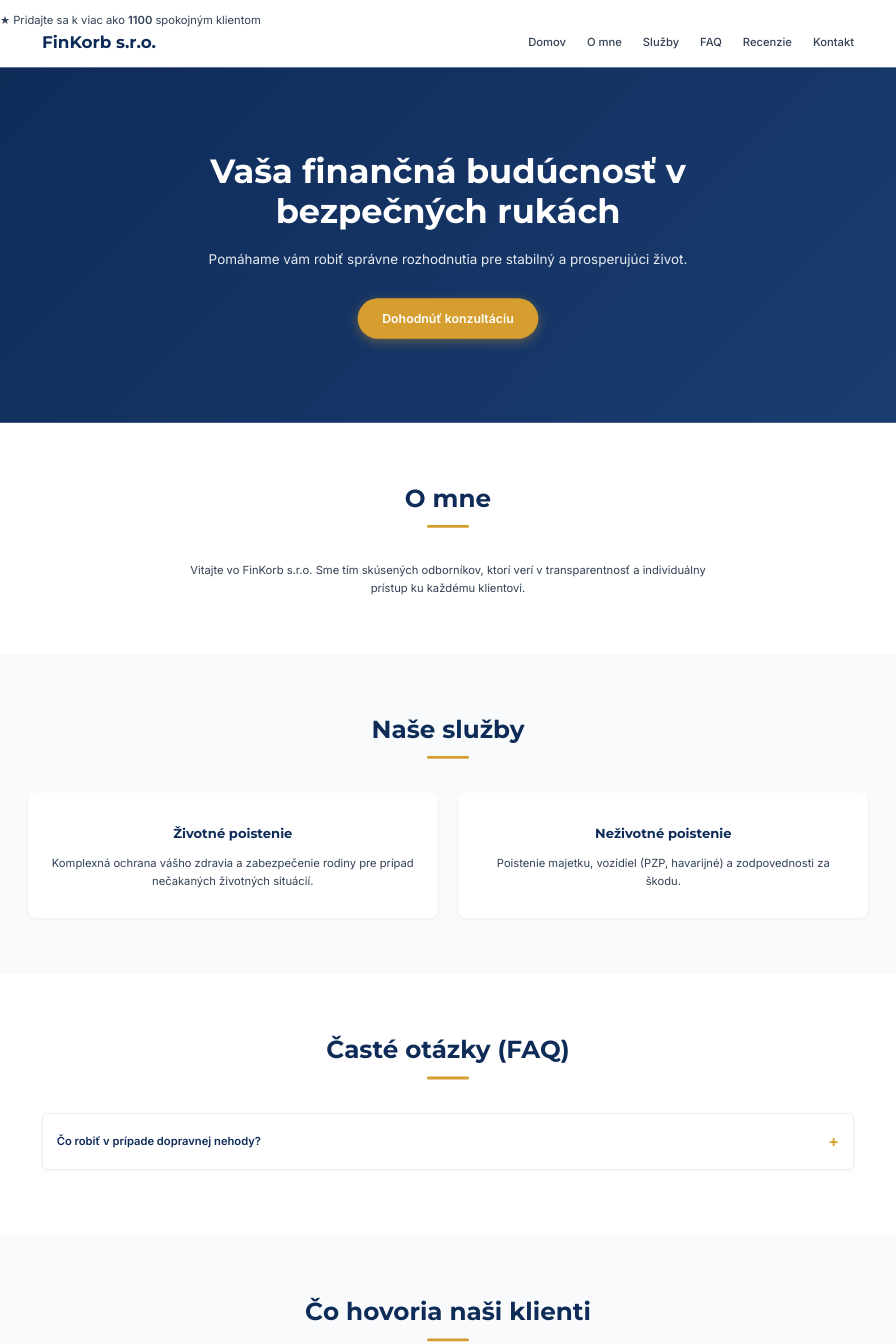
Repository: IvanK03/personal_web
Page: web/index.html
An editor plug-in stored every save of this project. The page is shown before and after the next save, followed by the edit.
The browser window is 1280 px wide. The pictures show the part of the page from y = 0 to 1920 px (the page is 2565 px tall before and 2582 px after), at 70% of full size.

Above is the page before, as saved 2026-02-22 12:01:34.

### web/index.html
<!DOCTYPE html>
<html lang="sk">
<head>
    <meta charset="UTF-8">
    <meta name="viewport" content="width=device-width, initial-scale=1.0">
    <meta name="description" content="FinKorb s.r.o. - Komplexné finančné poradenstvo, poistenie, hypotéky a investovanie.">
    <title>FinKorb s.r.o. - Finančný poradca</title>
    <link rel="stylesheet" href="style.css">
</head>
<body>

    <!-- Hlavička s navigáciou -->
    <header>
        <div class="top-bar">
            ★ Pridajte sa k viac ako <strong class="pulse-number">1100</strong> spokojným klientom
        </div>
        <div class="container">
            <a href="#" class="logo">FinKorb s.r.o.</a>
            <nav>
                <ul>
                    <li><a href="#hero">Domov</a></li>
                    <li><a href="#o-mne">O mne</a></li>
                    <li><a href="#sluzby">Služby</a></li>
                    <li><a href="#faq">FAQ</a></li>
                    <li><a href="#recenzie">Recenzie</a></li>
                    <li><a href="#kontakt">Kontakt</a></li>
                </ul>
            </nav>
        </div>
    </header>

    <main>
        <!-- Hero sekcia -->
        <section id="hero">
            <div class="hero-content">
                <h1>Vaša finančná budúcnosť v bezpečných rukách</h1>
                <p>Pomáhame vám robiť správne rozhodnutia pre stabilný a prosperujúci život.</p>
                <a href="#kontakt" class="btn-primary">Dohodnúť konzultáciu</a>
            </div>
        </section>

        <!-- Sekcia O mne -->
        <section id="o-mne">
            <h2>O mne</h2>
            <p>Vitajte vo FinKorb s.r.o. Sme tím skúsených odborníkov, ktorí verí v transparentnosť a individuálny prístup ku každému klientovi.</p>
        </section>

        <!-- Sekcia Služby -->
        <section id="sluzby">
            <h2>Naše služby</h2>
            <div class="services-grid">
                <article class="service-item">
                    <h3>Životné poistenie</h3>
                    <p>Komplexná ochrana vášho zdravia a zabezpečenie rodiny pre prípad nečakaných životných situácií.</p>
                </article>
                <article class="service-item">
                    <h3>Neživotné poistenie</h3>
                    <p>Poistenie majetku, vozidiel (PZP, havarijné) a zodpovednosti za škodu.</p>
                </article>
            </div>
        </section>

        <!-- Sekcia Časté otázky (FAQ) -->
        <section id="faq">
            <h2>Časté otázky (FAQ)</h2>
            <details>
                <summary>Čo robiť v prípade dopravnej nehody?</summary>
                <p>Zachovajte pokoj, zabezpečte miesto nehody a skontrolujte zranenia. Ak je to nutné, volajte záchranné zložky (112). Pri väčšej škode alebo zranení je potrebné privolať políciu. Následne vyplňte správu o nehode a ihneď nás kontaktujte na čísle +421 911 620 323 alebo +421 911 032 103 – pomôžeme vám s nahlásením poistnej udalosti.</p>
            </details>
        </section>

        <!-- Sekcia Recenzie -->
        <section id="recenzie">
            <h2>Čo hovoria naši klienti</h2>
            <div class="reviews-grid">
                <article class="review-item">
                    <div class="stars">★★★★★</div>
                    <p>"Pán Korbini mi veľmi pomohol s nastavením životného poistenia. Profesionálny prístup a všetko mi jasne vysvetlil. Odporúčam!"</p>
                    <h4>– Peter N.</h4>
                </article>
                <article class="review-item">
                    <div class="stars">★★★★★</div>
                    <p>"Rýchle vybavenie poistnej udalosti a skvelá komunikácia. Konečne mám pocit, že sú moje financie v dobrých rukách."</p>
                    <h4>– Jana M.</h4>
                </article>
            </div>
        </section>
    </main>

    <!-- Päta s kontaktom -->
    <footer id="kontakt">
        <div class="footer-content">
            <h3>Kontaktujte nás</h3>
            <p>Email: ivan.korbini@gmail.com</p>
            <p>Telefón: +421 911 620 323 | +421 911 032 103</p>
            <p>Adresa: Sološnícka 566/13, Bratislava</p>
        </div>
        <p class="copyright">&copy; 2024 FinKorb s.r.o. Všetky práva vyhradené.</p>
    </footer>

    <script src="script.js"></script>
</body>
</html>

### web/style.css
/* Import Google Fonts */
@import url('https://fonts.googleapis.com/css2?family=Inter:wght@400;500;600&family=Montserrat:wght@600;700&display=swap');

/* Základné premenné pre konzistentný dizajn */
:root {
    --primary-color: #0f2c59; /* Tmavomodrá - Dôvera */
    --secondary-color: #1a3c70; /* Svetlejšia modrá pre gradienty */
    --accent-color: #d69e2e; /* Zlatá/Oranžová - Call to Action */
    --accent-hover: #b7791f;
    --text-dark: #334155;
    --text-light: #64748b;
    --bg-light: #f8fafc;
    --white: #ffffff;
    --shadow-sm: 0 2px 4px rgba(0, 0, 0, 0.05);
    --shadow-md: 0 4px 6px rgba(0, 0, 0, 0.1);
    --shadow-lg: 0 10px 15px rgba(0, 0, 0, 0.1);
    --transition: all 0.3s ease;
}

/* Reset a základné nastavenia */
* {
    margin: 0;
    padding: 0;
    box-sizing: border-box;
}

html {
    scroll-behavior: smooth;
}

body {
    font-family: 'Inter', sans-serif;
    line-height: 1.6;
    color: var(--text-dark);
    background-color: var(--white);
}

h1, h2, h3 {
    font-family: 'Montserrat', sans-serif;
    color: var(--primary-color);
    margin-bottom: 1rem;
}

h2 {
    font-size: 2.2rem;
    text-align: center;
    margin-bottom: 3rem;
    position: relative;
}

/* Dekoratívna čiara pod nadpismi sekcií */
h2::after {
    content: '';
    display: block;
    width: 60px;
    height: 4px;
    background-color: var(--accent-color);
    margin: 10px auto 0;
    border-radius: 2px;
}

a {
    text-decoration: none;
    color: inherit;
}

ul {
    list-style: none;
}

/* Layout utility */
.container {
    max-width: 1200px;
    margin: 0 auto;
    padding: 0 20px;
}

section {
    padding: 80px 20px;
    max-width: 1200px;
    margin: 0 auto;
}

/* Hlavička a Navigácia */
header {
    background-color: var(--white);
    box-shadow: var(--shadow-sm);
    position: sticky;
    top: 0;
    z-index: 1000;
    padding: 1rem 0;
}

/* Štýl pre prilepenú hlavičku pri scrollovaní */
header.scrolled {
    background-color: rgba(255, 255, 255, 0.95); /* Jemne priehľadná biela */
    backdrop-filter: blur(5px); /* Rozostrenie pozadia */
    box-shadow: var(--shadow-md);
    padding: 0.5rem 0; /* Zmenšenie výšky pre kompaktnejší vzhľad */
    transition: all 0.3s ease;
}

header .container {
    display: flex;
    justify-content: space-between;
    align-items: center;
}

.logo {
    font-family: 'Montserrat', sans-serif;
    font-size: 1.5rem;
    font-weight: 700;
    color: var(--primary-color);
}

nav ul {
    display: flex;
    gap: 30px;
}

nav a {
    font-weight: 500;
    color: var(--text-dark);
    transition: var(--transition);
}

nav a:hover {
    color: var(--accent-color);
}

/* Hero Sekcia */
#hero {
    background: linear-gradient(135deg, var(--primary-color), var(--secondary-color));
    color: var(--white);
    text-align: center;
    padding: 120px 20px;
    max-width: 100%; /* Hero roztiahneme na celú šírku */
}

.hero-content {
    max-width: 800px;
    margin: 0 auto;
}

/* Trust Badge v Hero sekcii */
.trust-badge {
    display: inline-block;
    background-color: rgba(255, 255, 255, 0.15);
    padding: 8px 16px;
    border-radius: 20px;
    font-weight: 500;
    margin-bottom: 20px !important; /* Prepíše default margin */
    font-size: 0.95rem !important;
}

#hero h1 {
    color: var(--white);
    font-size: 3rem;
    margin-bottom: 1.5rem;
    line-height: 1.2;
}

#hero p {
    font-size: 1.2rem;
    margin-bottom: 2.5rem;
    opacity: 0.9;
}

/* Tlačidlá */
.btn-primary {
    display: inline-block;
    background-color: var(--accent-color);
    color: var(--white);
    padding: 15px 35px;
    border-radius: 50px;
    font-weight: 600;
    font-size: 1.1rem;
    transition: var(--transition);
    box-shadow: 0 4px 15px rgba(214, 158, 46, 0.4);
}

.btn-primary:hover {
    background-color: var(--accent-hover);
    transform: translateY(-3px);
    box-shadow: 0 6px 20px rgba(214, 158, 46, 0.6);
}

/* Sekcia O mne */
#o-mne {
    text-align: center;
    max-width: 800px;
}

/* Sekcia Služby - Grid */
#sluzby {
    background-color: var(--bg-light);
    max-width: 100%; /* Pozadie na celú šírku */
}

.services-grid {
    display: grid;
    grid-template-columns: repeat(auto-fit, minmax(300px, 1fr));
    gap: 30px;
    max-width: 1200px;
    margin: 0 auto;
}

.service-item {
    background: var(--white);
    padding: 40px 30px;
    border-radius: 12px;
    box-shadow: var(--shadow-sm);
    transition: var(--transition);
    text-align: center;
    border-top: 4px solid transparent;
}

.service-item:hover {
    transform: translateY(-10px);
    box-shadow: var(--shadow-lg);
    border-top: 4px solid var(--accent-color);
}

.service-item h3 {
    margin-bottom: 15px;
}

/* FAQ Sekcia */
details {
    background-color: var(--white);
    margin-bottom: 15px;
    border-radius: 8px;
    box-shadow: var(--shadow-sm);
    overflow: hidden;
    border: 1px solid #e2e8f0;
}

summary {
    padding: 20px;
    cursor: pointer;
    font-weight: 600;
    color: var(--primary-color);
    list-style: none; /* Skryje defaultnú šípku */
    position: relative;
    display: flex;
    justify-content: space-between;
    align-items: center;
}

summary::-webkit-details-marker {
    display: none;
}

summary::after {
    content: '+';
    font-size: 1.5rem;
    color: var(--accent-color);
    font-weight: bold;
}

details[open] summary::after {
    content: '-';
}

details p {
    padding: 0 20px 20px 20px;
    color: var(--text-light);
    border-top: 1px solid #f1f5f9;
    margin-top: 0;
    padding-top: 15px;
    /* Animácia pre plynulé zobrazenie textu */
    animation: fadeIn 0.4s ease-out;
}

@keyframes fadeIn {
    from {
        opacity: 0;
        transform: translateY(-10px);
    }
    to {
        opacity: 1;
        transform: translateY(0);
    }
}

/* Recenzie Sekcia */
#recenzie {
    background-color: var(--bg-light);
    max-width: 100%;
}

.reviews-grid {
    display: grid;
    grid-template-columns: repeat(auto-fit, minmax(300px, 1fr));
    gap: 30px;
    max-width: 1200px;
    margin: 0 auto;
}

.review-item {
    background: var(--white);
    padding: 30px;
    border-radius: 12px;
    box-shadow: var(--shadow-sm);
    text-align: center;
}

.stars {
    color: var(--accent-color);
    font-size: 1.5rem;
    margin-bottom: 15px;
}

.review-item h4 {
    margin-top: 20px;
    color: var(--primary-color);
}

/* Päta */
footer {
    background-color: var(--primary-color);
    color: var(--white);
    text-align: center;
    padding: 60px 20px 20px;
}

.footer-content h3 {
    color: var(--accent-color);
    margin-bottom: 20px;
}

.footer-content p {
    margin-bottom: 10px;
    opacity: 0.8;
}

.copyright {
    margin-top: 40px;
    padding-top: 20px;
    border-top: 1px solid rgba(255, 255, 255, 0.1);
    font-size: 0.9rem;
    opacity: 0.6;
}

/* Responzivita pre mobily */
@media (max-width: 768px) {
    header .container {
        flex-direction: column;
        gap: 15px;
    }

    nav ul {
        flex-wrap: wrap;
        justify-content: center;
        gap: 15px;
    }

    #hero h1 {
        font-size: 2.2rem;
    }

    section {
        padding: 60px 20px;
    }
}

### web/script.js
document.addEventListener('DOMContentLoaded', () => {

    // --- 1. Sticky Header (Prilepenie hlavičky) ---
    const header = document.querySelector('header');

    window.addEventListener('scroll', () => {
        // Ak sme odscrollovali viac ako 50px, pridáme triedu 'scrolled'
        if (window.scrollY > 50) {
            header.classList.add('scrolled');
        } else {
            header.classList.remove('scrolled');
        }
    });

    // --- 2. Interaktívne FAQ (Akordeón) ---
    const detailsElements = document.querySelectorAll('details');

    detailsElements.forEach(detail => {
        detail.addEventListener('click', (e) => {
            // Zistíme, či sa kliklo na <summary> (hlavičku otázky)
            if (e.target.tagName.toLowerCase() === 'summary') {
                // Ak sa práve otvára (ešte nie je 'open'), zatvoríme ostatné
                if (!detail.hasAttribute('open')) {
                    detailsElements.forEach(otherDetail => {
                        if (otherDetail !== detail) {
                            otherDetail.removeAttribute('open');
                        }
                    });
                }
            }
        });
    });
});

After the next save:
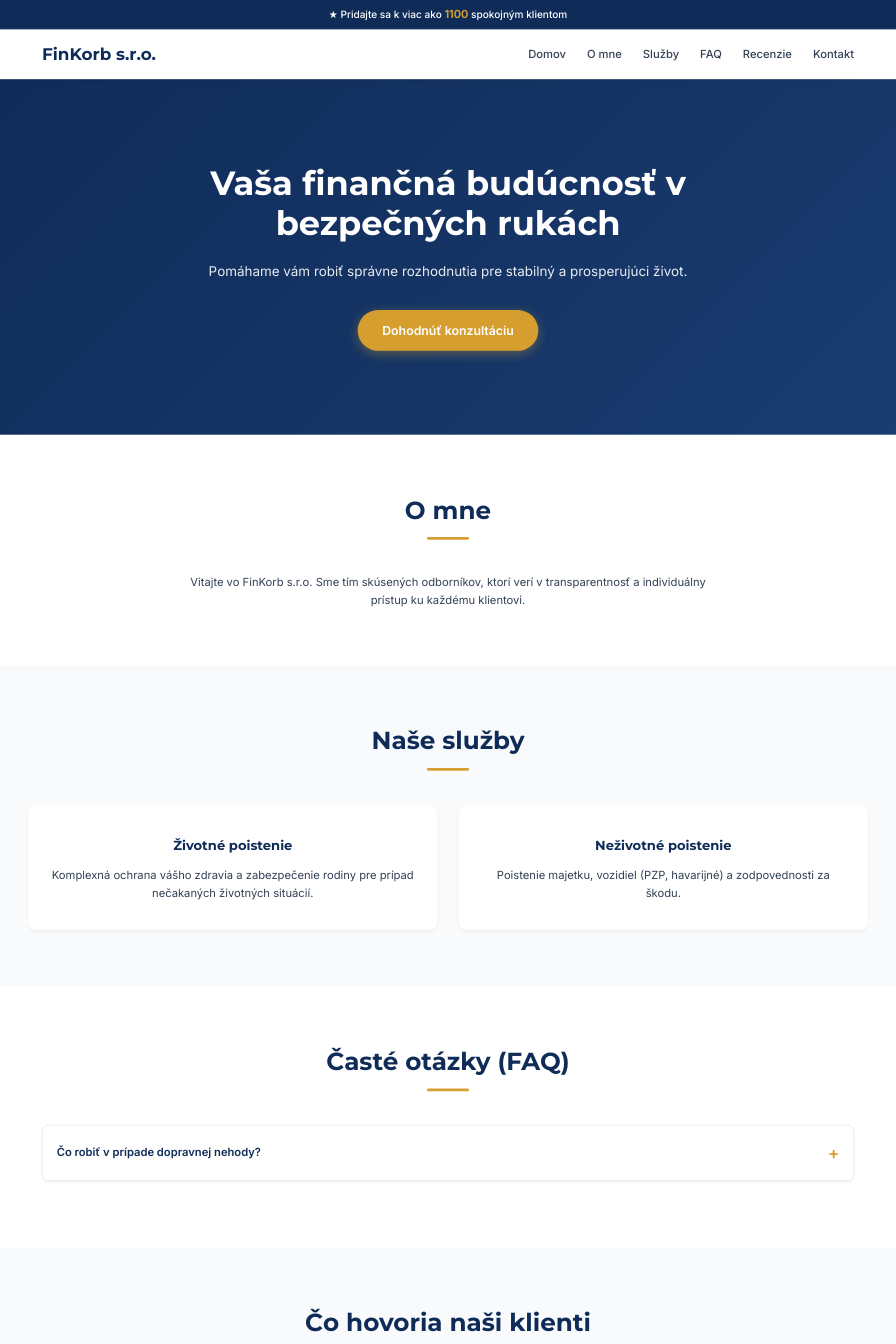
Saved 1 s later.
--- a/web/style.css
+++ b/web/style.css
@@ -88,7 +88,31 @@
     position: sticky;
     top: 0;
     z-index: 1000;
-    padding: 1rem 0;
+    padding: 0; /* Padding presunieme na container kvôli top-bar */
+}
+
+/* Horná lišta s počtom klientov */
+.top-bar {
+    background-color: var(--primary-color);
+    color: var(--white);
+    text-align: center;
+    padding: 8px 0;
+    font-size: 0.9rem;
+    font-weight: 500;
+    border-bottom: 1px solid rgba(255, 255, 255, 0.1);
+}
+
+.pulse-number {
+    color: var(--accent-color);
+    font-weight: 800;
+    font-size: 1.1em;
+    animation: pulse-gold 2s infinite;
+}
+
+@keyframes pulse-gold {
+    0% { text-shadow: 0 0 0 rgba(214, 158, 46, 0.4); }
+    50% { text-shadow: 0 0 10px rgba(214, 158, 46, 0.8); color: #ecc94b; }
+    100% { text-shadow: 0 0 0 rgba(214, 158, 46, 0.4); }
 }
 
 /* Štýl pre prilepenú hlavičku pri scrollovaní */
@@ -96,7 +120,6 @@
     background-color: rgba(255, 255, 255, 0.95); /* Jemne priehľadná biela */
     backdrop-filter: blur(5px); /* Rozostrenie pozadia */
     box-shadow: var(--shadow-md);
-    padding: 0.5rem 0; /* Zmenšenie výšky pre kompaktnejší vzhľad */
     transition: all 0.3s ease;
 }
 
@@ -104,6 +127,14 @@
     display: flex;
     justify-content: space-between;
     align-items: center;
+    padding-top: 1rem;
+    padding-bottom: 1rem;
+    transition: var(--transition);
+}
+
+header.scrolled .container {
+    padding-top: 0.5rem;
+    padding-bottom: 0.5rem;
 }
 
 .logo {
@@ -140,17 +171,6 @@
 .hero-content {
     max-width: 800px;
     margin: 0 auto;
-}
-
-/* Trust Badge v Hero sekcii */
-.trust-badge {
-    display: inline-block;
-    background-color: rgba(255, 255, 255, 0.15);
-    padding: 8px 16px;
-    border-radius: 20px;
-    font-weight: 500;
-    margin-bottom: 20px !important; /* Prepíše default margin */
-    font-size: 0.95rem !important;
 }
 
 #hero h1 {
